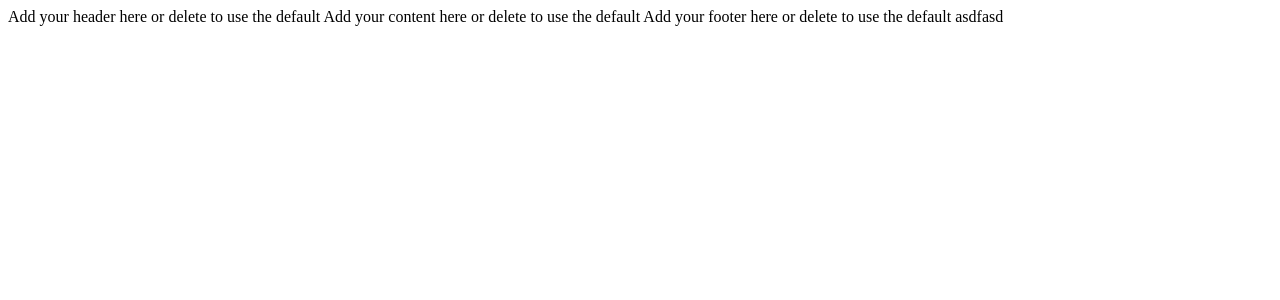
Repository: adrianoneres2/Desenvolvimento
Page: workspace/MavenWeb/src/main/webapp/index.html
An editor plug-in stored every save of this project. The page is shown before and after the next save, followed by the edit.
The browser window is 1280 px wide. The pictures show the whole page.

Above is the page before, as saved 2015-12-14 16:21:09.

After the next save:
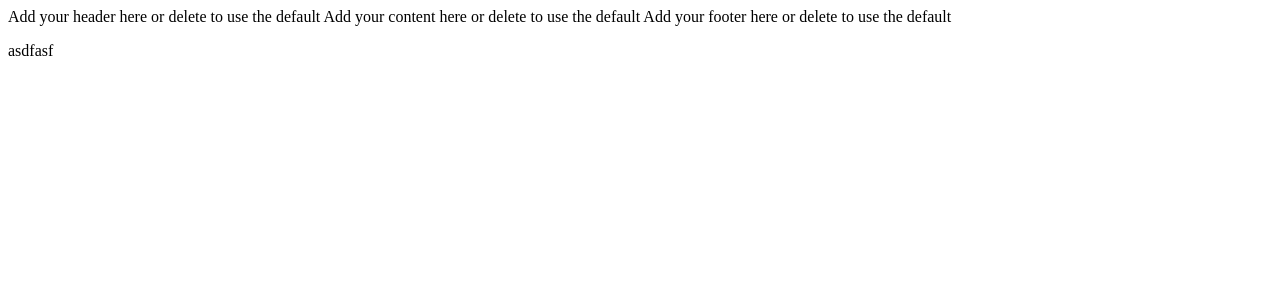
Saved 39 s later.
--- a/workspace/MavenWeb/src/main/webapp/index.html
+++ b/workspace/MavenWeb/src/main/webapp/index.html
@@ -16,6 +16,6 @@
 	<ui:define name="footer">
 	    Add your footer here or delete to use the default
 	</ui:define>
-	asdfasd
+	<p>asdfasf</p>
 </ui:composition>
 </html>
